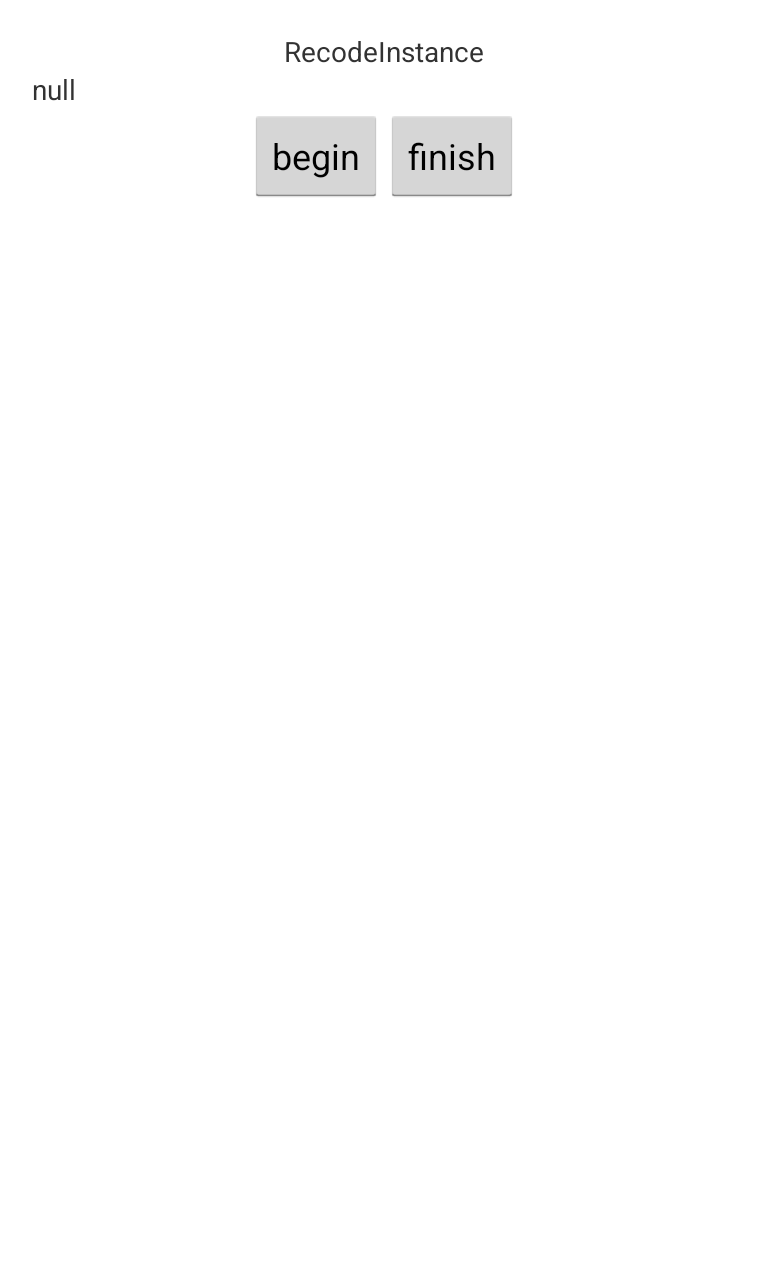
Repository: ShigerD/AndroidSample
Layout: Sample/Sample13/Sample13_5/Recode/res/layout/activity_main.xml
These files come from the project's save history. The layout is drawn as it stood at one moment and after the next save; the edit follows.
It is drawn on a 768 x 1280 px phone screen (xhdpi) without system bars, with theme AppTheme; the app's code is not run.

Above is the layout before, as saved 2016-08-18 07:58:17.

After the next save:
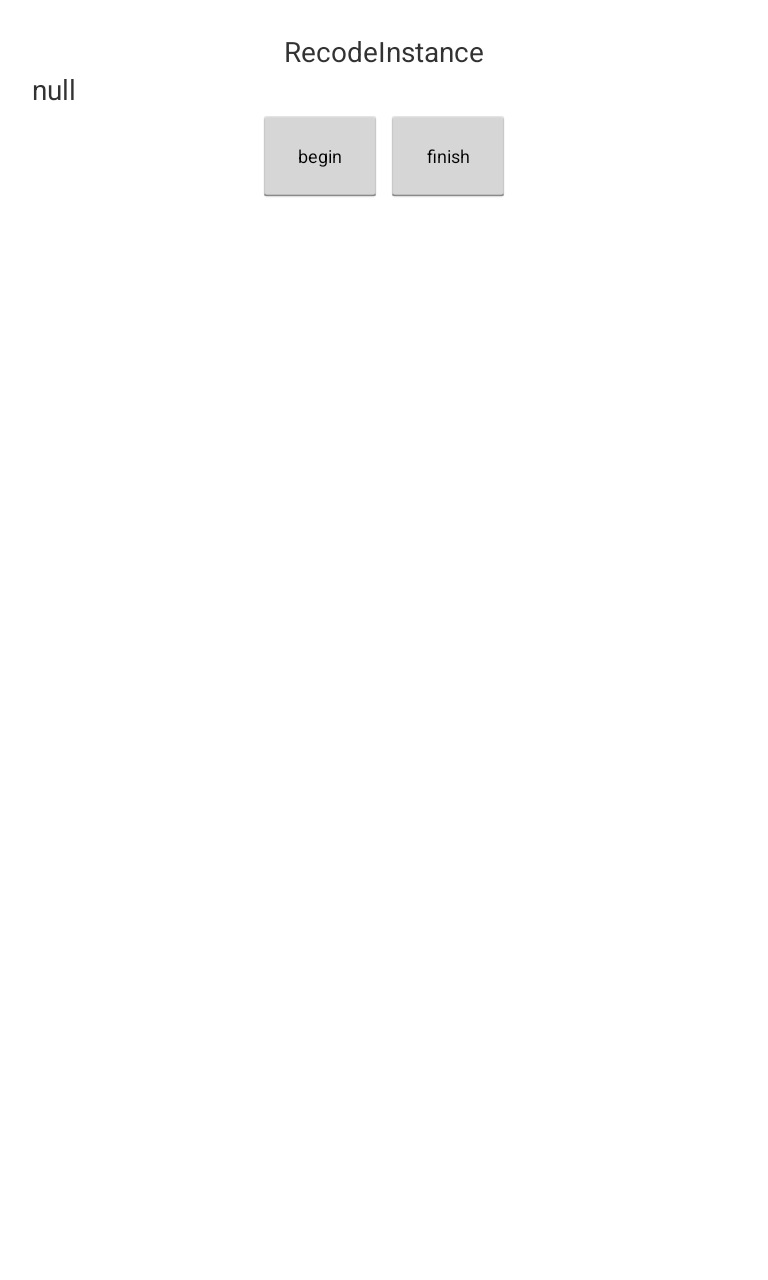
Saved 106 s later.
--- a/Sample/Sample13/Sample13_5/Recode/res/layout/activity_main.xml
+++ b/Sample/Sample13/Sample13_5/Recode/res/layout/activity_main.xml
@@ -34,12 +34,14 @@
 
             <Button
                 android:id="@+id/start"
+                android:textSize="18px"
                 android:layout_width="wrap_content"
                 android:layout_height="wrap_content"
                 android:text="@string/start" />
 
             <Button
                 android:id="@+id/stop"
+                android:textSize="18px"
                 android:layout_width="wrap_content"
                 android:layout_height="wrap_content"
                 android:text="@string/stop" />
